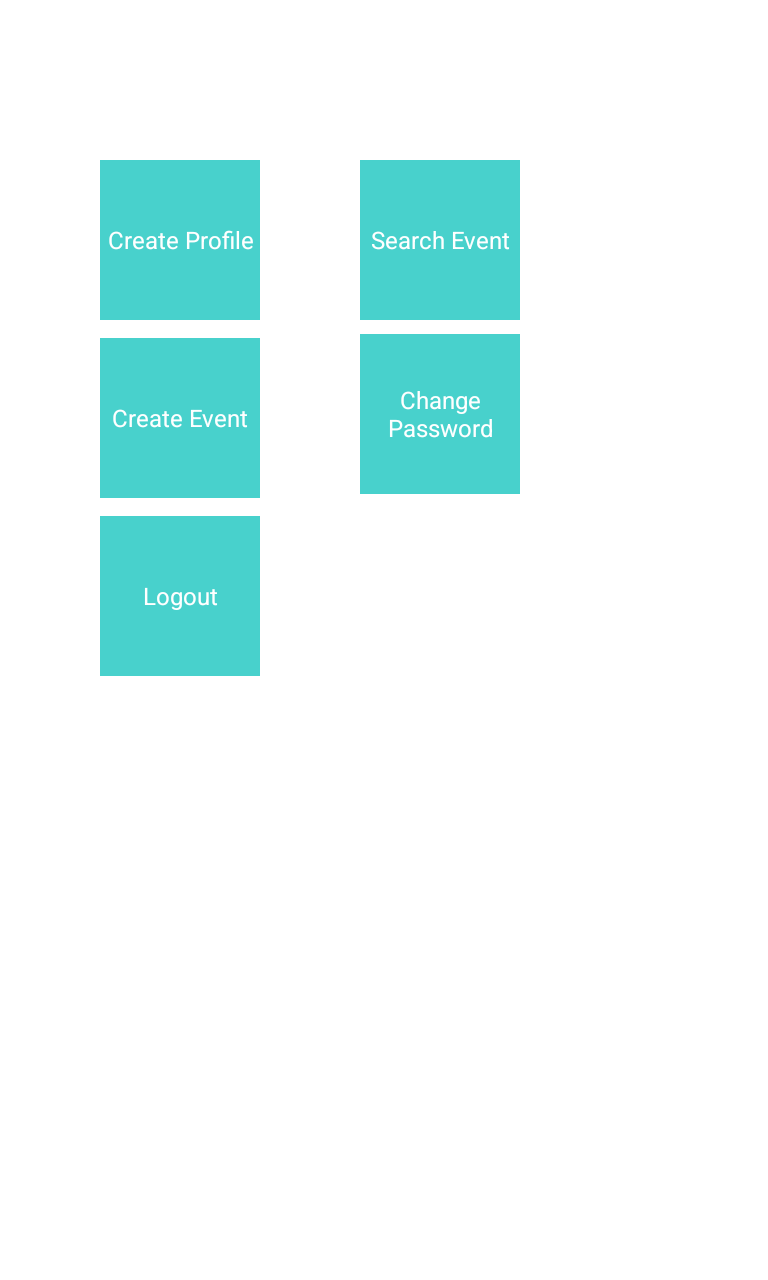
Repository: COMP231-S63G1/COMP231-S63G1
Layout: Wanna/res/layout/login_success.xml
These files come from the project's save history. The layout is drawn as it stood at one moment and after the next save; the edit follows.
It is drawn on a 768 x 1280 px phone screen (xhdpi) without system bars, with theme AppTheme; the app's code is not run. The app's manifest (not shown) leaves right-to-left support off. So textAlignment, textDirection and layoutDirection are ignored, and left and right values win over start and end ones.

Above is the layout before, as saved 2014-10-24 22:50:48.

### Wanna/res/layout/login_success.xml
<?xml version="1.0" encoding="utf-8"?>

<LinearLayout xmlns:android="http://schemas.android.com/apk/res/android"
              android:orientation="vertical"
              android:layout_width="match_parent"
              android:layout_height="match_parent"

              >

    <TextView
            android:layout_width="200dp"
            android:textColor="#48D1CC"
            android:layout_height="40dp"
            android:id="@+id/textwelcome"
            android:textSize="25sp"
            android:gravity="center"
            />
    <TextView
            android:layout_width="125dp"
            android:layout_height="40dp"
            android:id="@+id/lname"
            android:textColor="#48D1CC"
            android:textSize="20sp"
            android:gravity="center"
            />

<TableLayout
    android:layout_width="match_parent"
    android:layout_height="match_parent"
    >
<TableRow>
<Button
        android:id="@+id/createProf"
        android:layout_width="80dp"
        android:layout_height="80dp"
        android:background="#48D1CC"
        android:text="Create Profile"
        android:textColor="#ffffff"
        android:textSize="12sp"
        android:layout_marginLeft="50dp"
        android:layout_marginRight="50dp"
        android:onClick="onCreateProfile"

        />

      <Button
            android:layout_width="80dp"
            android:layout_height="80dp"
            android:text="Search Event"
            android:id="@+id/searchEvent"
            android:textSize="12sp"
            android:textColor="#ffffff"
            android:background="#48D1CC"
            android:onClick="onSearchEvent"
      />
</TableRow>
<TableRow>

    <Button
            android:layout_width="80dp"
            android:layout_height="80dp"
            android:text="Create Event"
            android:id="@+id/createEvent"
            android:textSize="12sp"
            android:textColor="#ffffff"
            android:background="#48D1CC"
            android:layout_marginLeft="50dp"
            android:layout_marginRight="50dp"
            android:layout_marginTop="9dp"
            android:onClick="onCreateEvent"
      />



    <Button
        android:id="@+id/btchangepass"
        android:layout_width="80dp"
        android:layout_height="80dp"
		android:background="#48D1CC"
        android:layout_below="@+id/textwelcome"
        android:text="Change Password"
        android:textColor="#ffffff"
        android:textSize="12sp"

        />
    </TableRow>

<TableRow>
    <Button
            android:layout_width="80dp"
            android:layout_height="80dp"
            android:text="Logout"
            android:id="@+id/logout"
            android:textSize="12sp"
            android:textColor="#ffffff"
            android:background="#48D1CC"
            android:layout_marginLeft="50dp"
            android:layout_marginRight="50dp"
            android:layout_marginTop="9dp"
      />



</TableRow>

    </TableLayout>
    <TextView
            android:layout_width="100dp"
            android:layout_height="25dp"
            android:text="User Panel"
            android:id="@+id/textView"
            android:layout_below="@+id/logout"
            android:layout_alignParentRight="true"
            android:textSize="18sp" android:textColor="#000000"
            android:textAlignment="center"/>

</LinearLayout>

Loaded but not shown: Wanna/res/values/styles.xml (common file); Wanna/res/values-v11/styles.xml (common file); Wanna/res/values-v14/styles.xml (common file)

After the next save:
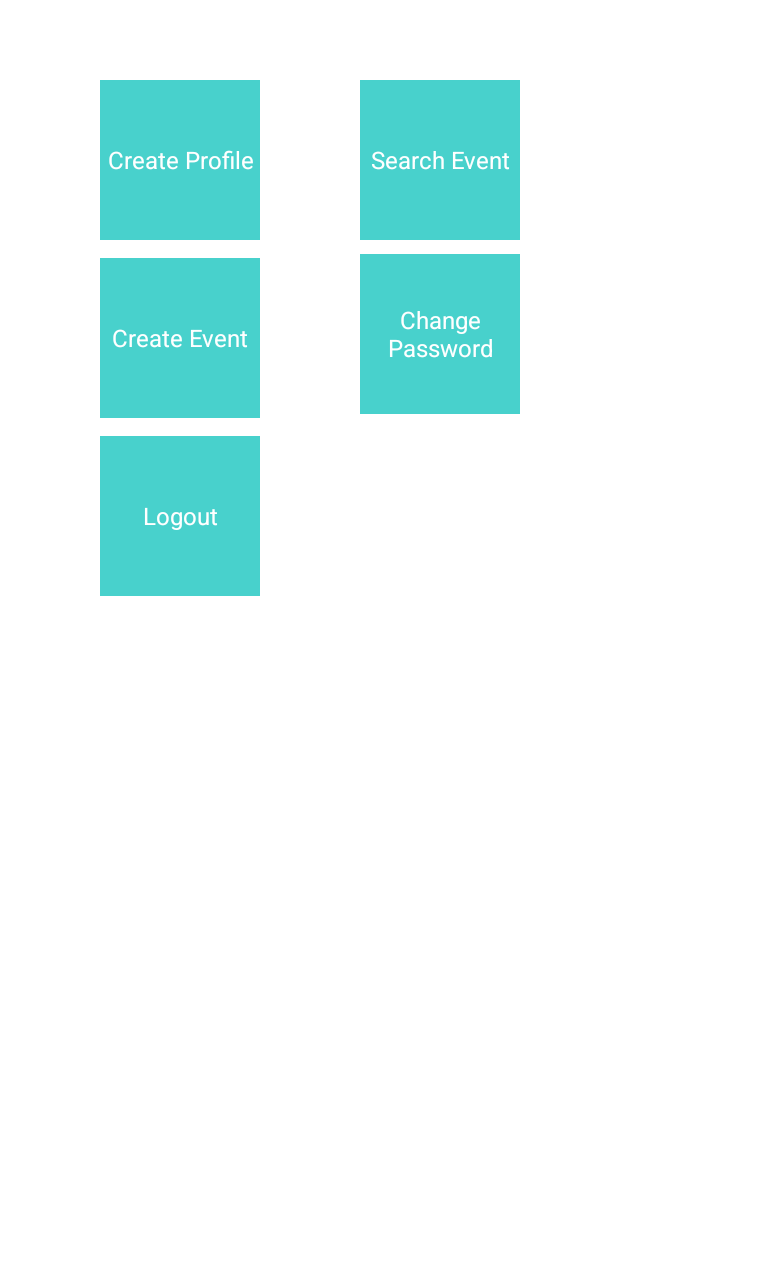
Saved 8 s later.
--- a/Wanna/res/layout/login_success.xml
+++ b/Wanna/res/layout/login_success.xml
@@ -15,14 +15,7 @@
             android:textSize="25sp"
             android:gravity="center"
             />
-    <TextView
-            android:layout_width="125dp"
-            android:layout_height="40dp"
-            android:id="@+id/lname"
-            android:textColor="#48D1CC"
-            android:textSize="20sp"
-            android:gravity="center"
-            />
+
 
 <TableLayout
     android:layout_width="match_parent"

After the save that followed:
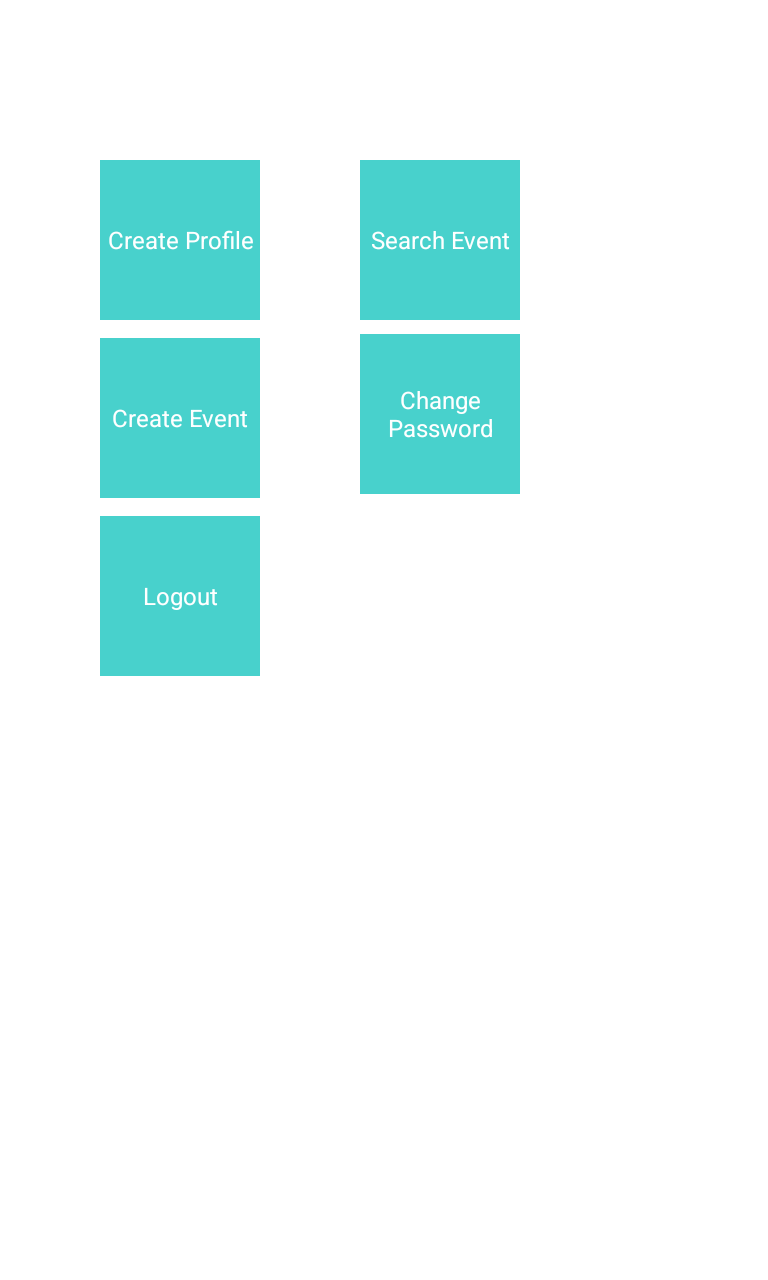
Saved 50 s later.
--- a/Wanna/res/layout/login_success.xml
+++ b/Wanna/res/layout/login_success.xml
@@ -14,6 +14,8 @@
             android:id="@+id/textwelcome"
             android:textSize="25sp"
             android:gravity="center"
+            android:layout_marginTop="15dp"
+            android:layout_marginBottom="25dp"
             />
 
 
